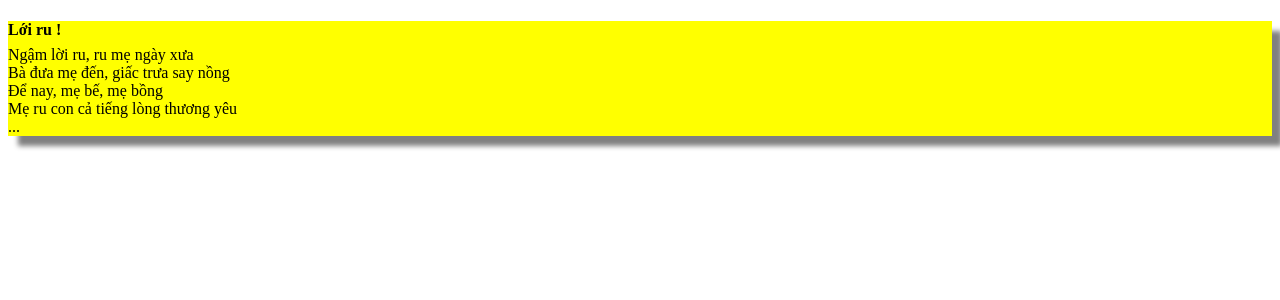
Repository: Tan-Khang21/TH_TKW--Buoi_07
Page: Bai_Tap_Mau/Bai_03/Shadow2.html
These files come from the project's save history. The page is drawn as it stood at one moment and after the next save; the edit follows.
The browser window is 1280 px wide. The pictures show the whole page.

Above is the page before, as saved 2024-03-12 15:46:17.

### Bai_Tap_Mau/Bai_03/Shadow2.html
<!DOCTYPE html>
<html lang="en">
  <head>
    <meta charset="UTF-8" />
    <meta name="viewport" content="width=device-width, initial-scale=1.0" />
    <title>Document</title>
  </head>
  <body>
    <style>
      .box {
        background-color: yellow;
        box-shadow: 10px 10px 5px grey;
      }
    </style>
    <div class="box">
      <h4>Lới ru !</h4>
      <p style="margin-top: -15px">
        Ngậm lời ru, ru mẹ ngày xưa <br />
        Bà đưa mẹ đến, giấc trưa say nồng <br />
        Để nay, mẹ bế, mẹ bồng <br />
        Mẹ ru con cả tiếng lòng thương yêu <br />...
      </p>
    </div>
  </body>
</html>

After the next save:
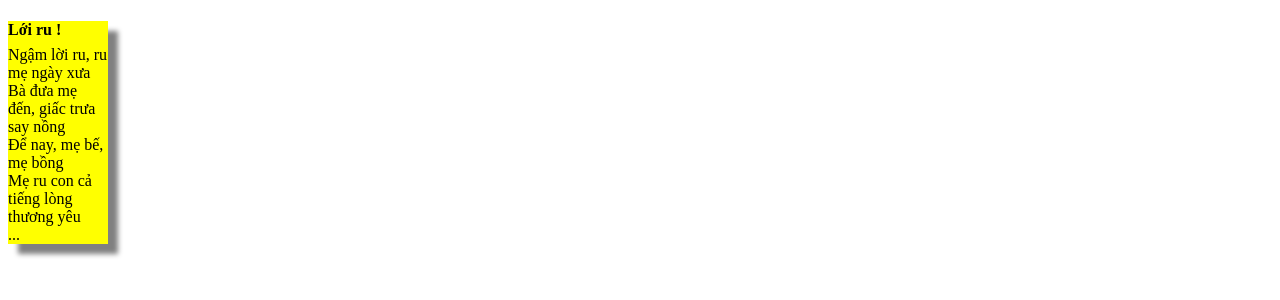
Saved 17 s later.
--- a/Bai_Tap_Mau/Bai_03/Shadow2.html
+++ b/Bai_Tap_Mau/Bai_03/Shadow2.html
@@ -10,6 +10,7 @@
       .box {
         background-color: yellow;
         box-shadow: 10px 10px 5px grey;
+        width: 100px;
       }
     </style>
     <div class="box">
